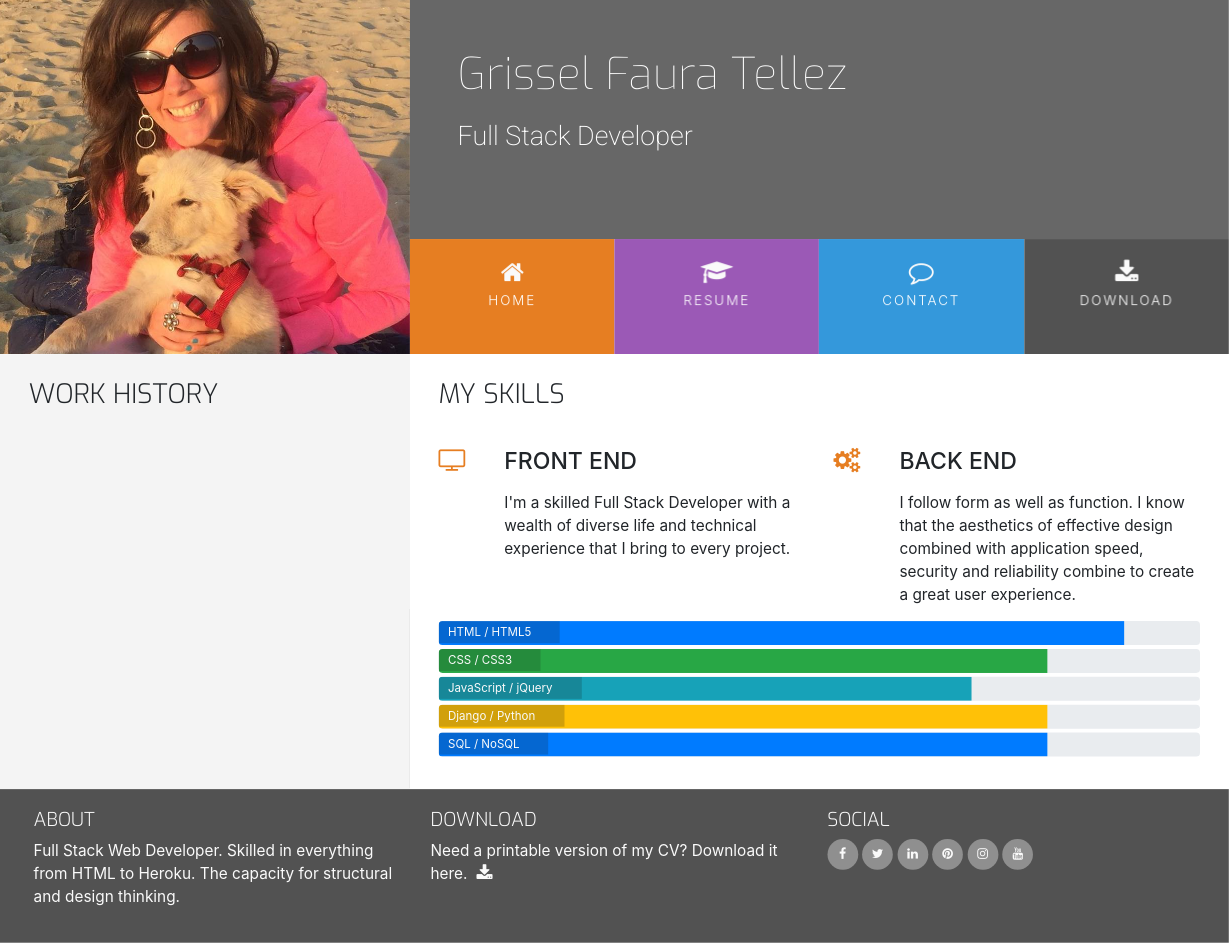
Repository: grisselfaura/Resume-Project-Introduction
Page: resume.html
The author's editor kept a record of every edit. The page is drawn from the files as they stood at one moment, then again after the next edit.
The browser window is 1280 px wide. The pictures show the whole page, at 96% of full size.

Above is the page before.

After the next edit:
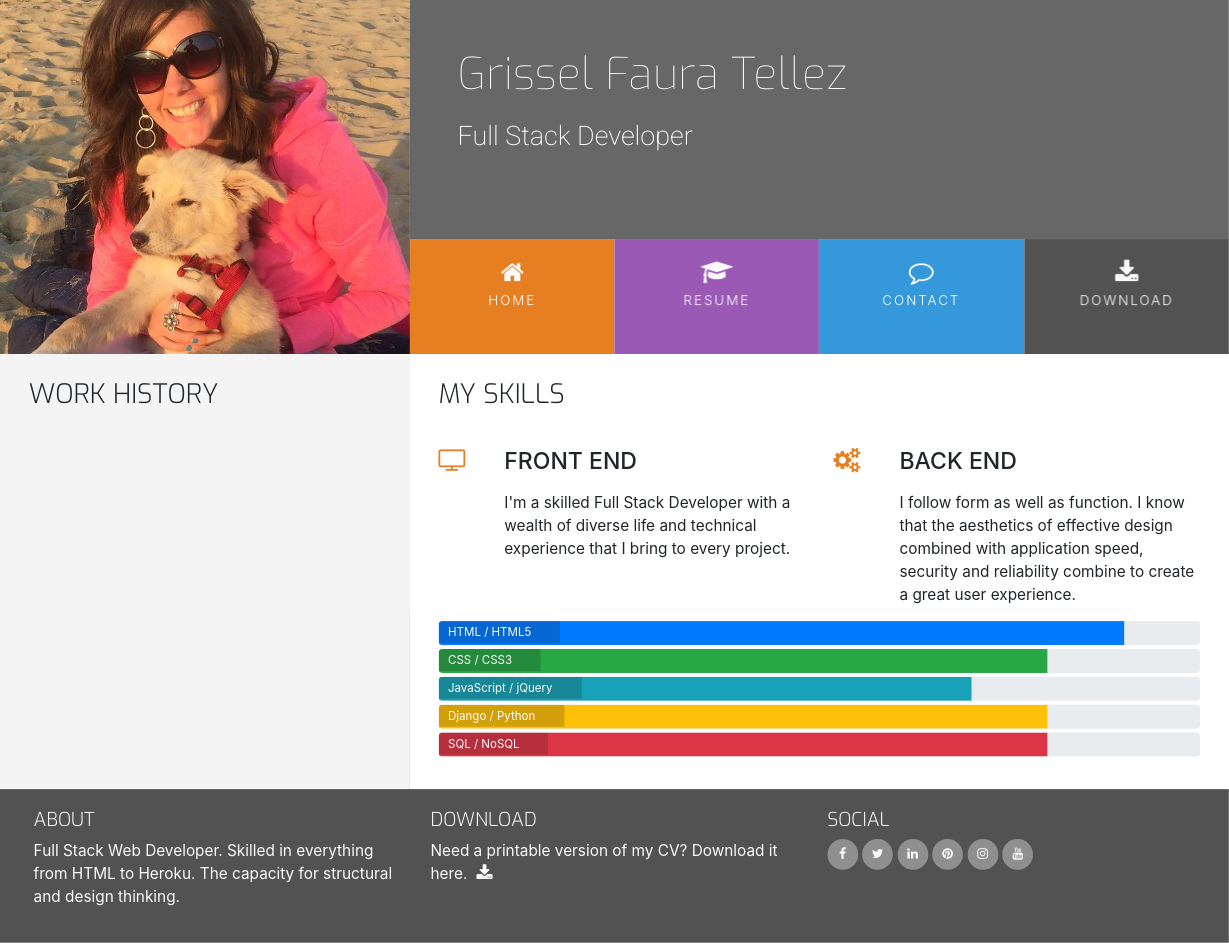
The edit:
--- a/resume.html
+++ b/resume.html
@@ -112,7 +112,7 @@
                             <span class="progress-type">Django / Python</span>
                         </div>
                          <div class="progress">
-                            <div class="progress-bar bg-daner" role="progressbar" aria-valuenow="80" aria-valuemin="0" aria-valuemax="100" style="width:80%;">
+                            <div class="progress-bar bg-danger" role="progressbar" aria-valuenow="80" aria-valuemin="0" aria-valuemax="100" style="width:80%;">
                                 <span class="sr-only">80% complete</span>
                             </div>
                             <span class="progress-type">SQL / NoSQL</span>
